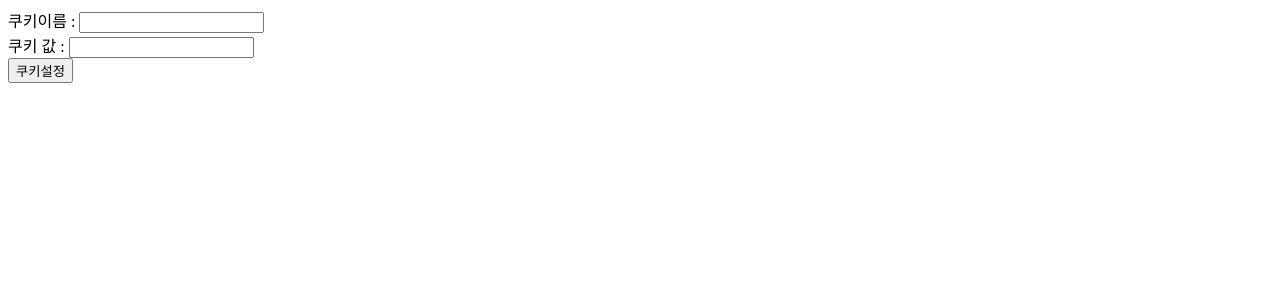
Repository: cdj6995/Web
Page: http://localhost/Lecture-Web/jsp/cooki/type04/makeForm.jsp
An editor plug-in stored every save of this project. The page is shown before and after the next save, followed by the edit.
The browser window is 1280 px wide. The pictures show the whole page.
The page is served by Tomcat 9.

Above is the page before, as saved 2022-06-14 01:09:46.

After the next save:
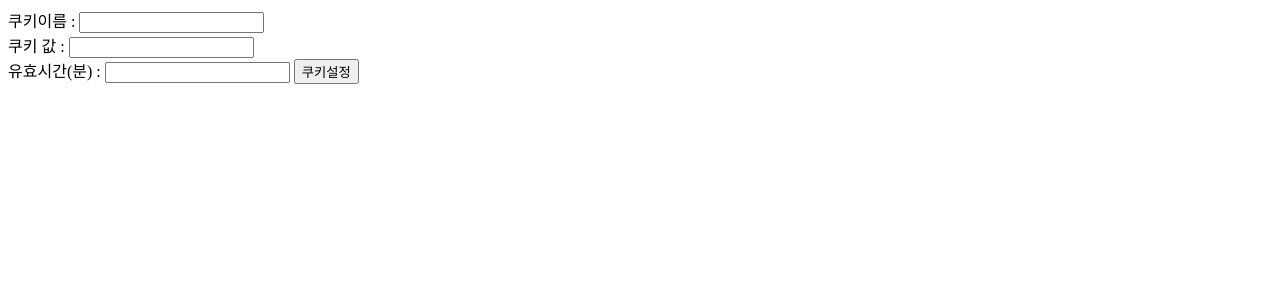
Saved 38 min 50 s later.
--- a/Lecture-Web/src/main/webapp/jsp/cooki/type04/makeForm.jsp
+++ b/Lecture-Web/src/main/webapp/jsp/cooki/type04/makeForm.jsp
@@ -10,6 +10,7 @@
 	<form action="set.jsp" method="post">
 		쿠키이름 : <input type="text" name="cName"><br>
 		쿠키 값 : <input type="text" name="cValue"><br>
+		유효시간(분) : <input type="text" name="cAge">
 		<input type="submit" value="쿠키설정">
 	</form>
 </body>
